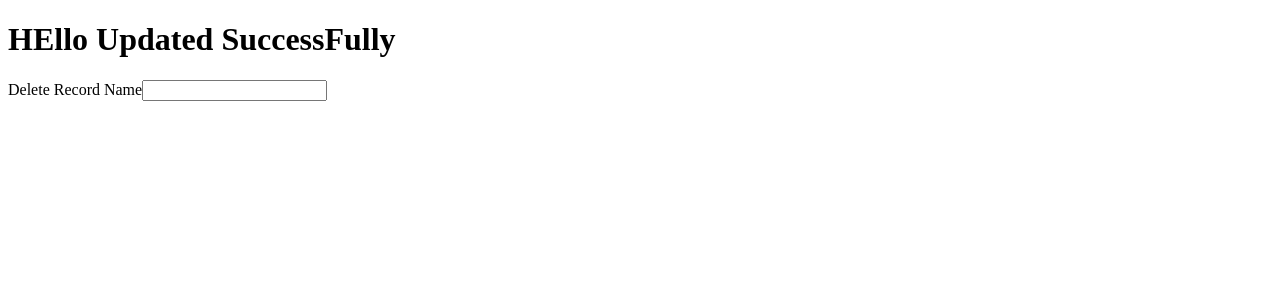
Repository: gadgeswapnil11/Vaulty
Page: http://localhost/ServeletCRUDOprations/UpdateSuccessFully.jsp
The author's editor kept a copy of each file at every save. The page is drawn from the files as they stood at one save, then again after the next save.
The browser window is 1280 px wide. The pictures show the whole page.
The page is served by Tomcat 9.

Above is the page before, as saved 2023-12-20 12:40:42.

After the next save:
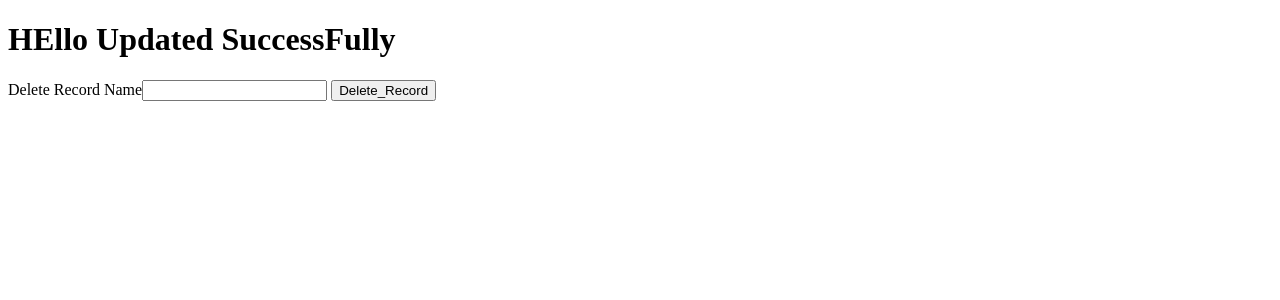
Saved 39 s later.
--- a/ServeletCRUDOprations/src/main/webapp/UpdateSuccessFully.jsp
+++ b/ServeletCRUDOprations/src/main/webapp/UpdateSuccessFully.jsp
@@ -10,9 +10,10 @@
 	<h1>HEllo Updated SuccessFully</h1>
 
 
-	<form>
+	<form action="delete">
 
-		Delete Record Name<input type="text" name="name">
+		Delete Record Name<input type="text" name="name"> <input
+			type="submit" value="Delete_Record">
 	</form>
 </body>
 </html>
